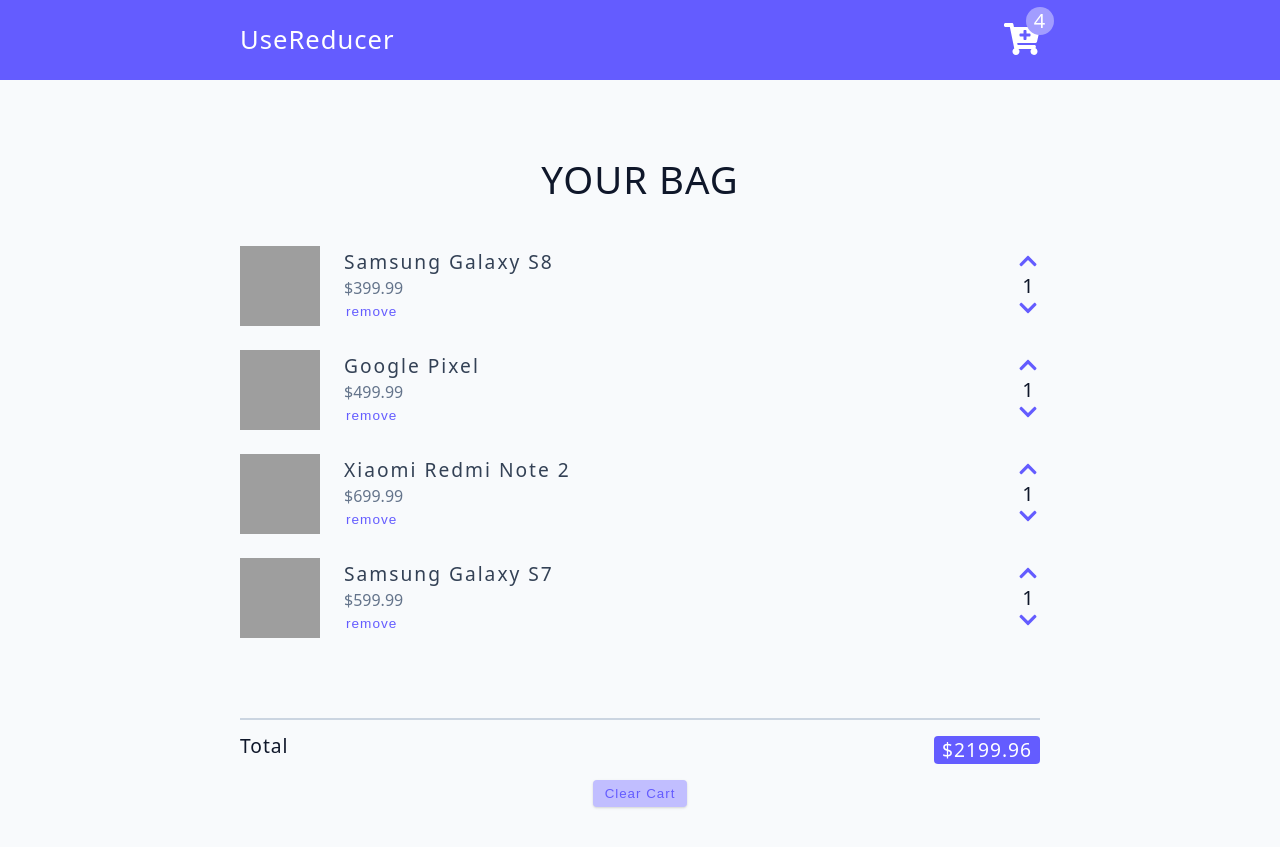
Repository: dydals3440/React-Projects
Page: / (app in 04-fundamental-projects/14-cart/starter/)
An editor plug-in stored every save of this project. The page is shown before and after the next save, followed by the edit.
The browser window is 1280 px wide. The pictures show the whole page.
Pictures or frames that could not be fetched are drawn as grey boxes. The project was rebuilt for these pictures with package versions that can differ from the ones it lists, and the page was loaded fresh each time. Also part of the build but not shown: 04-fundamental-projects/14-cart/starter/vite.config.js.

Above is the page before, as saved 2023-09-12 13:46:54.

### 04-fundamental-projects/14-cart/starter/src/main.jsx
import React from 'react';
import ReactDOM from 'react-dom/client';
import App from './App';
import './index.css';
import { AppProvider } from './store/context';
ReactDOM.createRoot(document.getElementById('root')).render(
  <React.StrictMode>
    <AppProvider>
      <App />
    </AppProvider>
  </React.StrictMode>
);

### 04-fundamental-projects/14-cart/starter/src/App.jsx
// components
import Navbar from './Navbar';
import CartContainer from './CartContainer';
import { useGlobalContext } from './store/context';

function App() {
  const { loading } = useGlobalContext();
  if (loading) {
    return (
      <main>
        <div className='loading'></div>
      </main>
    );
  }
  return (
    <main>
      <Navbar />
      <CartContainer />
    </main>
  );
}

export default App;

### 04-fundamental-projects/14-cart/starter/src/store/context.jsx
import { useContext, useReducer, useEffect, createContext } from 'react';
import reducer from './reducer';
import cartItems from '../data';
import {
  CLEAR_CART,
  REMOVE,
  INCREASE,
  DECREASE,
  LOADING,
  DISPLAY_ITEMS,
} from './actions';
import { getTotals } from '../utils/utils';

const AppContext = createContext();

// // 1. reducer 파일에 로직 분리
// const reducer = (state, action) => {
//   return state;
// };

// 2.
const initialState = {
  loading: false,
  cart: new Map(cartItems.map((item) => [item.id, item])),
};

export const AppProvider = ({ children }) => {
  // 초기상태 뿐만 아니라, reducer를 사용해서 상태를 변경할 수 있음.
  const [state, dispatch] = useReducer(reducer, initialState);
  // totalAmount 갖고옴
  const { totalAmount, totalCost } = getTotals(state.cart);

  const clearCart = () => {
    dispatch({ type: CLEAR_CART });
  };

  const remove = (id) => {
    dispatch({ type: REMOVE, payload: { id } });
  };

  const increase = (id) => {
    dispatch({ type: INCREASE, payload: { id } });
  };

  const decrease = (id) => {
    dispatch({ type: DECREASE, payload: { id } });
  };

  return (
    <AppContext.Provider
      value={{
        ...state,
        clearCart,
        remove,
        increase,
        decrease,
        totalAmount,
        totalCost,
      }}
    >
      {children}
    </AppContext.Provider>
  );
};

export const useGlobalContext = () => {
  return useContext(AppContext);
};

### 04-fundamental-projects/14-cart/starter/src/Navbar.jsx
import { FaCartPlus } from 'react-icons/fa';
import { useGlobalContext } from './store/context';
const Navbar = () => {
  const { totalAmount } = useGlobalContext();
  return (
    <nav>
      <div className='nav-center'>
        <h4>useReducer</h4>
        <div className='nav-container'>
          <FaCartPlus className='cart-icon' />
          <div className='amount-container'>
            <p className='total-amount'>{totalAmount}</p>
          </div>
        </div>
      </div>
    </nav>
  );
};

export default Navbar;

### 04-fundamental-projects/14-cart/starter/src/CartContainer.jsx
import CartItem from './CartItem';
import cartItems from './data';
import { useGlobalContext } from './store/context';

const CartContainer = () => {
  const { cart, clearCart, totalCost } = useGlobalContext();

  // const cartArray = [...cartItems];
  const cartArray = Array.from(cart.entries());
  if (cartArray.length === 0) {
    return (
      <section className='cart'>
        {/* cart header */}
        <header>
          <h2>your bag</h2>
          <h4 className='empty-cart'>is currently empty</h4>
        </header>
      </section>
    );
  }
  return (
    <section className='cart'>
      {/* cart header */}
      <header>
        <h2>your bag</h2>
      </header>
      {/* cart items */}
      <div>
        {cartArray.map((cartItem) => {
          const [id, item] = cartItem;
          return <CartItem key={id} {...item} />;
        })}
      </div>
      {/* cart footer */}
      <footer>
        <hr />
        <div>
          <h5 className='cart-total'>
            total <span>${totalCost.toFixed(2)}</span>
          </h5>
        </div>
        <button className='btn btn-hipster' onClick={clearCart}>
          clear cart
        </button>
      </footer>
    </section>
  );
};

export default CartContainer;

### 04-fundamental-projects/14-cart/starter/src/store/reducer.js
import {
  CLEAR_CART,
  REMOVE,
  INCREASE,
  DECREASE,
  LOADING,
  DISPLAY_ITEMS,
} from './actions';

const reducer = (state, action) => {
  if (action.type === CLEAR_CART) {
    return { ...state, cart: new Map() };
  }
  if (action.type === REMOVE) {
    // Mutate 때문에 새 인스턴스를 만듬. 이전 카트를 참조하지 않음 이제
    const newCart = new Map(state.cart);
    newCart.delete(action.payload.id);
    // ...state는 기존값을 복사하고 덮어씀
    return { ...state, cart: newCart };
  }
  if (action.type === INCREASE) {
    // Mutate 방지 새 객체 만듬
    const newCart = new Map(state.cart);
    const itemId = action.payload.id;
    const item = newCart.get(itemId);
    const newItem = { ...item, amount: item.amount + 1 };
    // set은 key와 value만 넣어주면됨.
    newCart.set(itemId, newItem);
    return { ...state, cart: newCart };
  }
  if (action.type === DECREASE) {
    const newCart = new Map(state.cart);
    const itemId = action.payload.id;
    const item = newCart.get(itemId);
    if (item.amount === 1) {
      newCart.delete(itemId);
      return { ...state, cart: newCart };
    }
    const newItem = { ...item, amount: item.amount - 1 };
    newCart.set(itemId, newItem);
    return { ...state, cart: newCart };
  }

  throw new Error(`no matching action type : ${action.type}`);
};

export default reducer;

### 04-fundamental-projects/14-cart/starter/src/data.jsx
const cartItems = [
  {
    id: 'rec1JZlfCIBOPdcT2',
    title: 'Samsung Galaxy S8',
    price: '399.99',
    img: 'https://www.course-api.com/images/cart/phone-1.png',
    amount: 1,
  },
  {
    id: 'recB6qcHPxb62YJ75',
    title: 'google pixel',
    price: '499.99',
    img: 'https://www.course-api.com/images/cart/phone-2.png',
    amount: 1,
  },
  {
    id: 'recdRxBsE14Rr2VuJ',
    title: 'Xiaomi Redmi Note 2',
    price: '699.99',
    img: 'https://www.course-api.com/images/cart/phone-3.png',
    amount: 1,
  },
  {
    id: 'recwTo160XST3PIoW',
    title: 'Samsung Galaxy S7',
    price: '599.99 ',
    img: 'https://www.course-api.com/images/cart/phone-4.png',
    amount: 1,
  },
];

export default cartItems;

### 04-fundamental-projects/14-cart/starter/src/utils/utils.js
// Total Amount 호출
export const getTotals = (cart) => {
  let totalAmount = 0;
  let totalCost = 0;
  console.log(cart);
  for (let { amount, price } of cart.values()) {
    totalAmount += amount;
    totalCost += amount * price;
  }
  return { totalAmount, totalCost };
};

### 04-fundamental-projects/14-cart/starter/src/CartItem.jsx
import { FaChevronUp, FaChevronDown } from 'react-icons/fa';
import { useGlobalContext } from './store/context';
const CartItem = ({ id, img, title, price, amount }) => {
  const { remove, increase, decrease } = useGlobalContext();
  return (
    <article className='cart-item'>
      <img src={img} alt={title} />
      <div>
        <h5>{title}</h5>
        <span className='item-price'>${price}</span>
        {/* remove button */}
        <button className='remove-btn' onClick={() => remove(id)}>
          remove
        </button>
      </div>
      <div>
        {/* increase amount */}
        <button className='amount-btn' onClick={() => increase(id)}>
          <FaChevronUp className='amount-icon' />
        </button>
        {/* amount */}
        <span className='amount'>{amount}</span>
        {/* decrease amount */}
        <button className='amount-btn' onClick={() => decrease(id)}>
          <FaChevronDown className='amount-icon' />
        </button>
      </div>
    </article>
  );
};

export default CartItem;

Loaded but not shown: 04-fundamental-projects/14-cart/starter/index.html (common file); 04-fundamental-projects/14-cart/starter/src/index.css (common file); 04-fundamental-projects/14-cart/starter/src/store/actions.js (common file)

After the next save:
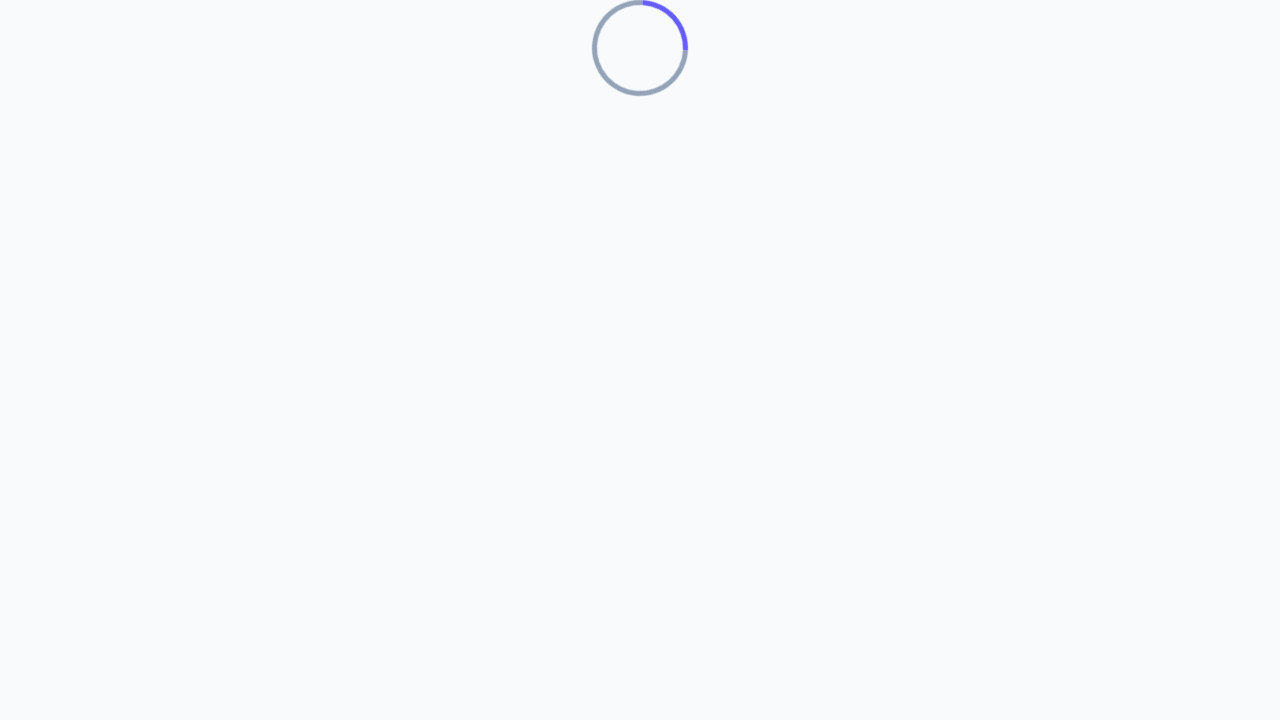
Saved 21 s later.
--- a/04-fundamental-projects/14-cart/starter/src/store/context.jsx
+++ b/04-fundamental-projects/14-cart/starter/src/store/context.jsx
@@ -20,7 +20,7 @@
 
 // 2.
 const initialState = {
-  loading: false,
+  loading: true,
   cart: new Map(cartItems.map((item) => [item.id, item])),
 };
 

After the save that followed:
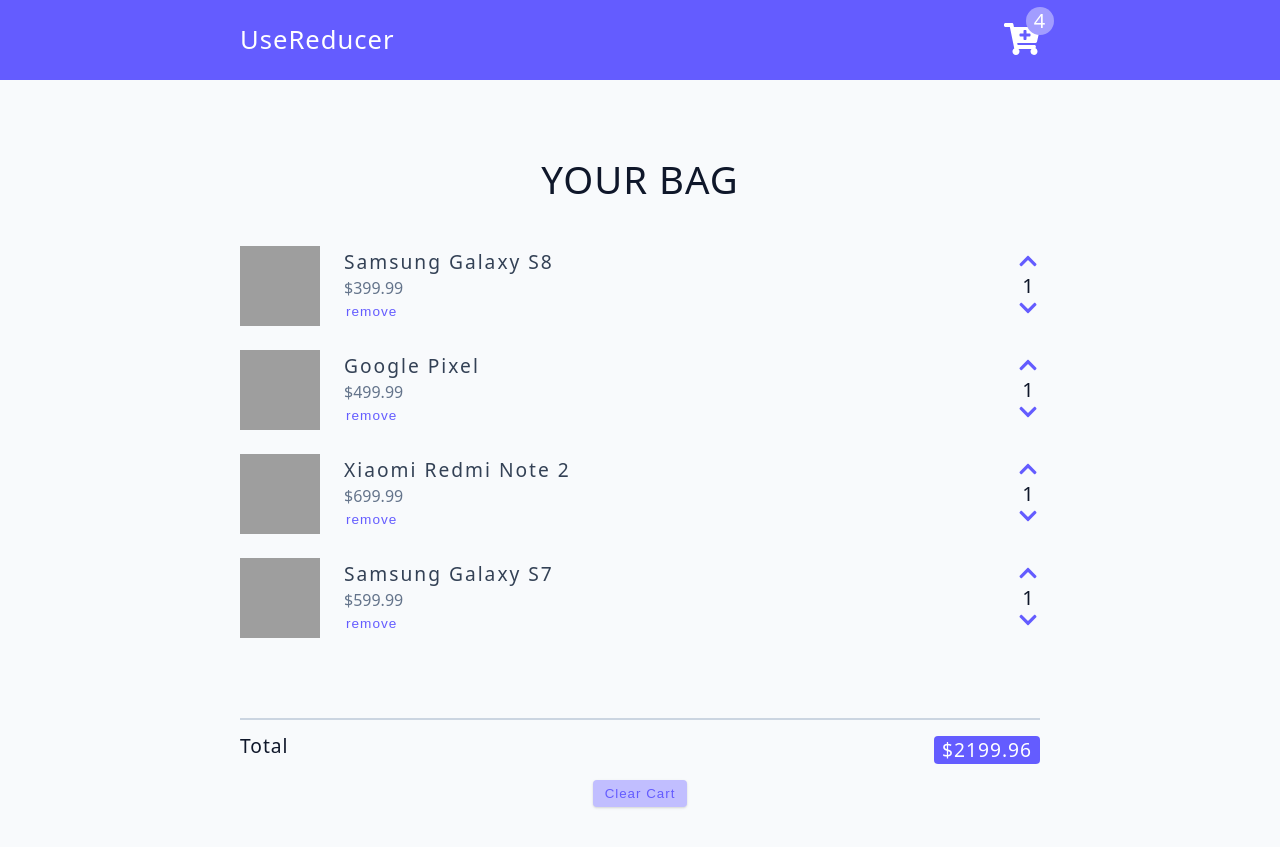
Saved 5 s later.
--- a/04-fundamental-projects/14-cart/starter/src/store/context.jsx
+++ b/04-fundamental-projects/14-cart/starter/src/store/context.jsx
@@ -20,7 +20,7 @@
 
 // 2.
 const initialState = {
-  loading: true,
+  loading: false,
   cart: new Map(cartItems.map((item) => [item.id, item])),
 };
 
